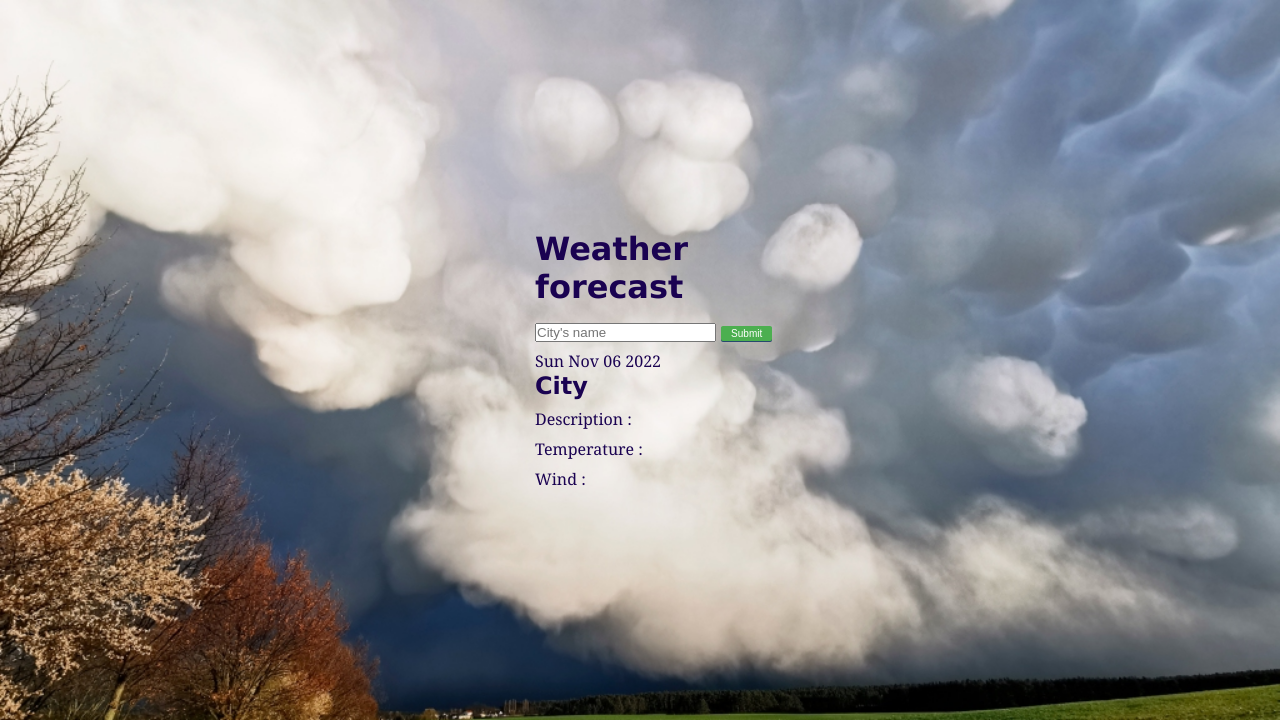
Repository: heartbreathing/searchWeather
Page: index.html
These files come from the project's save history. The page is drawn as it stood at one moment and after the next save; the edit follows.
The browser window is 1280 px wide. The pictures show the whole page.

Above is the page before, as saved 2022-11-07 09:11:04.

### index.html
<!DOCTYPE html>
<html lang="en">
  <head>
    <meta charset="UTF-8" />
    <meta http-equiv="X-UA-Compatible" content="IE=edge" />
    <meta name="viewport" content="width=device-width, initial-scale=1.0" />
    <title>search_weather</title>
    <link rel="stylesheet" href="index.css" />
  </head>
  <body>
    <div class="content">
      <h1>Weather forecast</h1>

      <form class="form">
        <input type="text" name="name" placeholder="City's name" />
        <button type="submit" class="btn">Submit</button>
      </form>
      <div class="time content_line"></div>
      <h2><span class="name capitalize">City</span></h2>
      <p class="content_line">Description :<span class="description"></span></p>
      <p class="content_line">
        Temperature : <span class="temperature"></span>
      </p>
      <p class="content_line">Wind :<span class="wind"></span></p>
    </div>

    <script src="index.js"></script>
  </body>
</html>

### index.css
* {
    margin: 0;
    padding: 0;
    box-sizing: border-box ;
}
body {
    background-color: rgb(148, 141, 247);
    background-image: url(./image/background_image.jpg);
    background-repeat: no-repeat;
    background-size:cover;
    font-family: 'Lucida Sans', 'Lucida Sans Regular', 'Lucida Grande', 'Lucida Sans Unicode', Geneva, Verdana, sans-serif ;
    color: rgb(26, 2, 81);
}
.content {
    position: absolute;
    display: inline-block;
    width: 300px;
    top:50%;
    left:50%;
    transform: translate(-35%, -50%);
    row-gap: 1rem;
}
h1 {
    margin-bottom: 1rem;
    font-family: ;
}
.content_line {
    font-family:Cambria, Cochin, Georgia, Times, 'Times New Roman', serif ;
    font-size: 1rem;
    margin-top: 0.5rem;
}
.btn {
    background-color: #4CAF50; /* Green */
    border: none;
    color: white;
    padding: 2px 10px;
    text-align: center;
    text-decoration: none;
    display: inline-block;
    font-size: 10px;
    border-radius: 2px;
    box-shadow: 0 1px #27496d;

}
.capitalize{
    text-transform: capitalize;
}

### index.js
    "use strict";
      let timeEl = document.querySelector('.time')

      function getTime(){
        timeEl.innerHTML = new Date().toDateString()
      }
      getTime()

      let form = document.querySelector('.form');
      let city;

      async function getData() {
        let res = await fetch(
          `https://goweather.herokuapp.com/weather/${city}`
        );
        const data = await res.json();

        const temp = document.querySelector('.temperature');
        const wind = document.querySelector('.wind');
        const forecast = document.querySelector('.content');
        const description = document.querySelector('.description');
        const name = document.querySelector('.name')

        temp.innerHTML = data.temperature;
        wind.innerHTML = data.wind;
        description.innerHTML = data.description;
        name.innerHTML = city

      }

      form.addEventListener('submit', function (event) {
        event.preventDefault();
        city = this.elements.name.value;
        getData();
      });

After the next save:
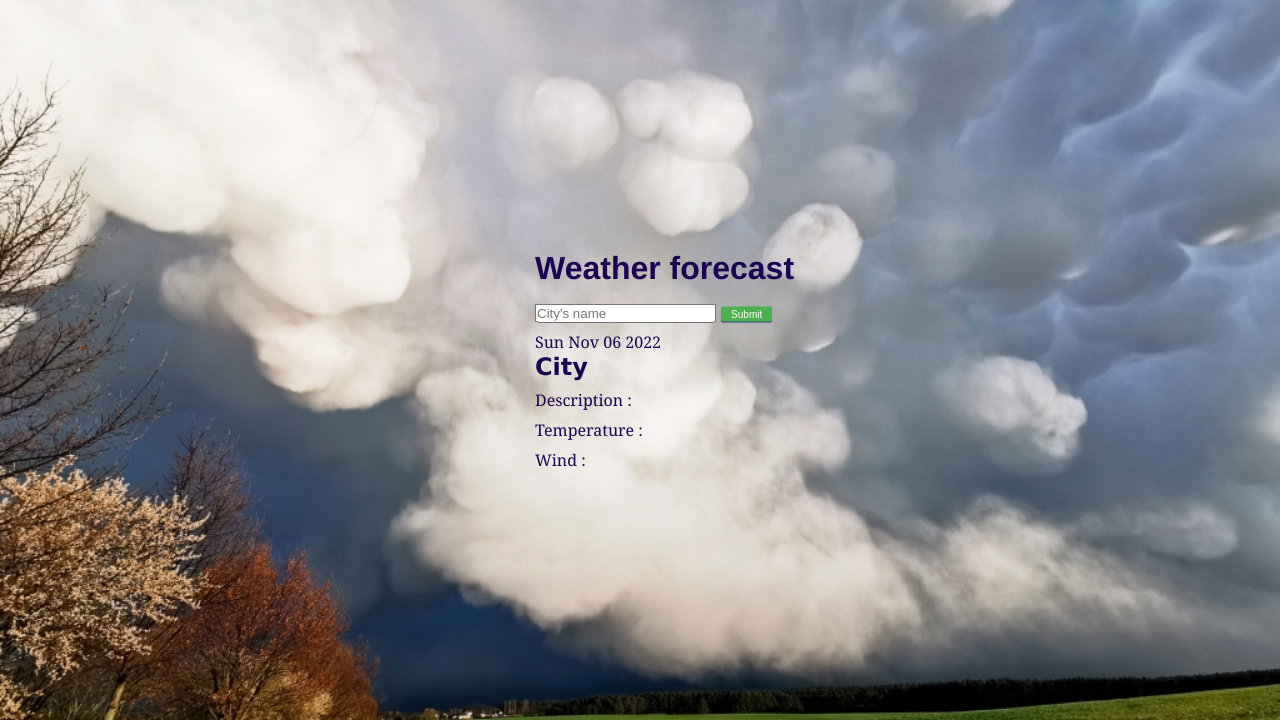
Saved 4 s later.
--- a/index.css
+++ b/index.css
@@ -22,7 +22,7 @@ body {
 }
 h1 {
     margin-bottom: 1rem;
-    font-family: ;
+    font-family: 'Franklin Gothic Medium', 'Arial Narrow', Arial, sans-serif;
 }
 .content_line {
     font-family:Cambria, Cochin, Georgia, Times, 'Times New Roman', serif ;
